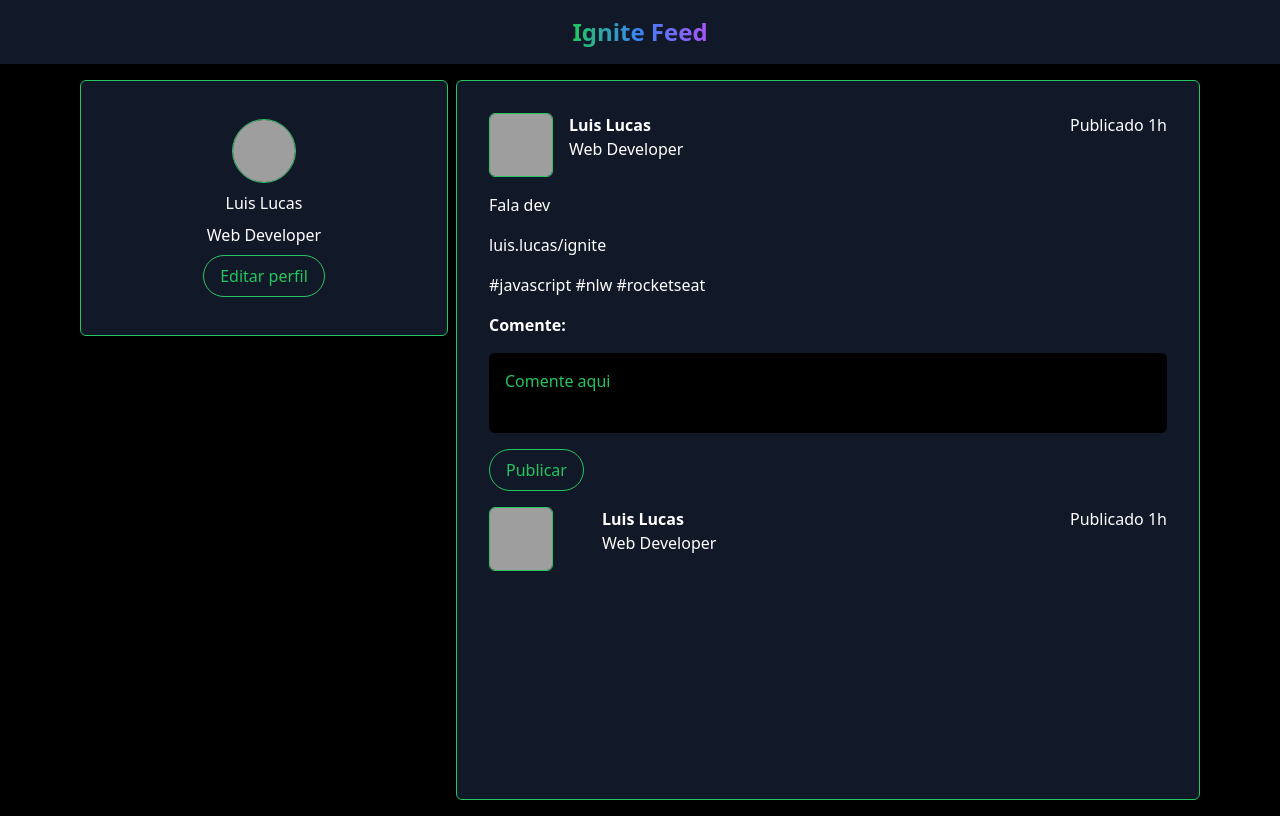
Repository: LuisSempre/ignite-feed
Page: /
An editor plug-in stored every save of this project. The page is shown before and after the next save, followed by the edit.
The browser window is 1280 px wide. The pictures show the whole page.
Pictures or frames that could not be fetched are drawn as grey boxes. The project was rebuilt for these pictures with package versions that can differ from the ones it lists, and the page was loaded fresh each time. Also part of the build but not shown: vite.config.js.

Above is the page before, as saved 2022-07-14 21:38:21.

After the next save:
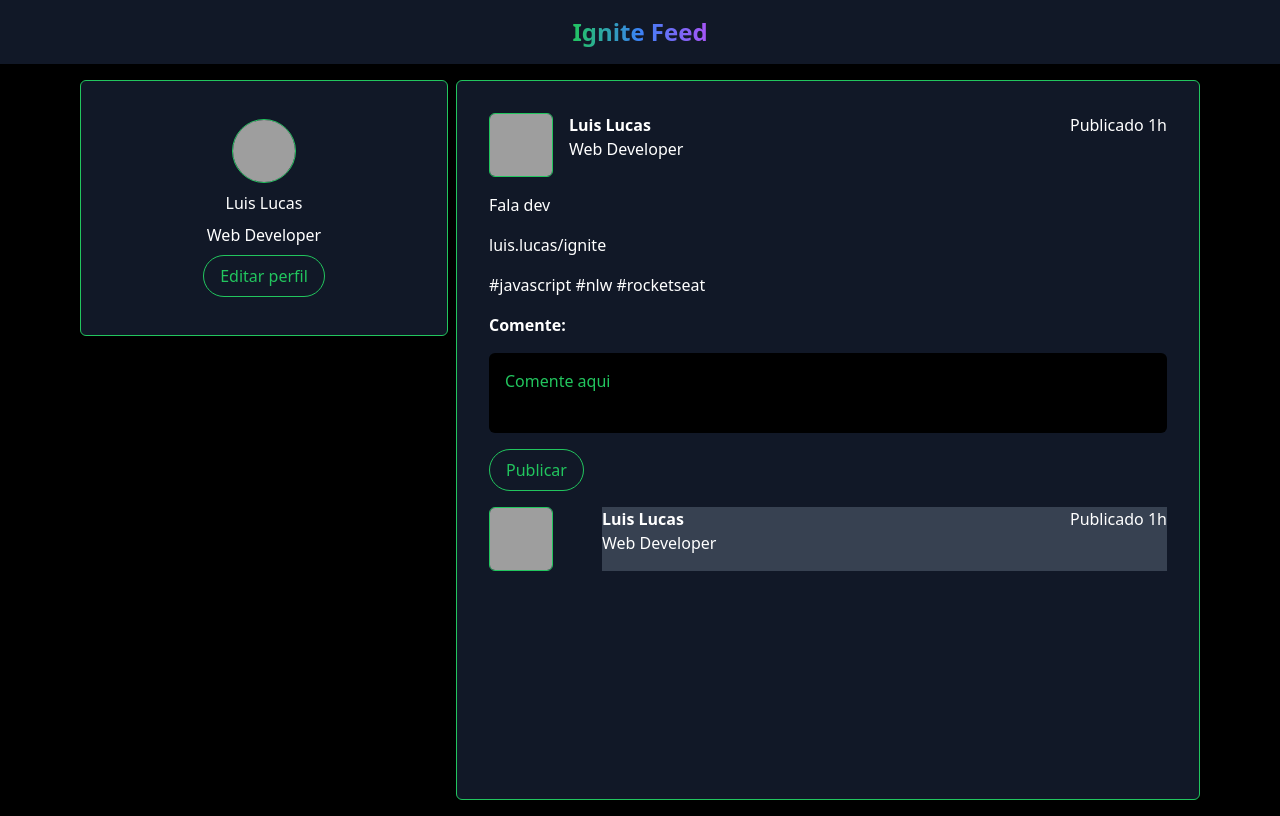
Saved 46 s later.
--- a/src/Components/Comment.jsx
+++ b/src/Components/Comment.jsx
@@ -8,7 +8,7 @@ export function Comment() {
           alt=""
         />
       </div>
-      <div className="col-span-5">
+      <div className="col-span-5 bg-gray-700">
         <div className="flex justify-between">
           <div className="flex gap-4">
             <div className="flex flex-col">
